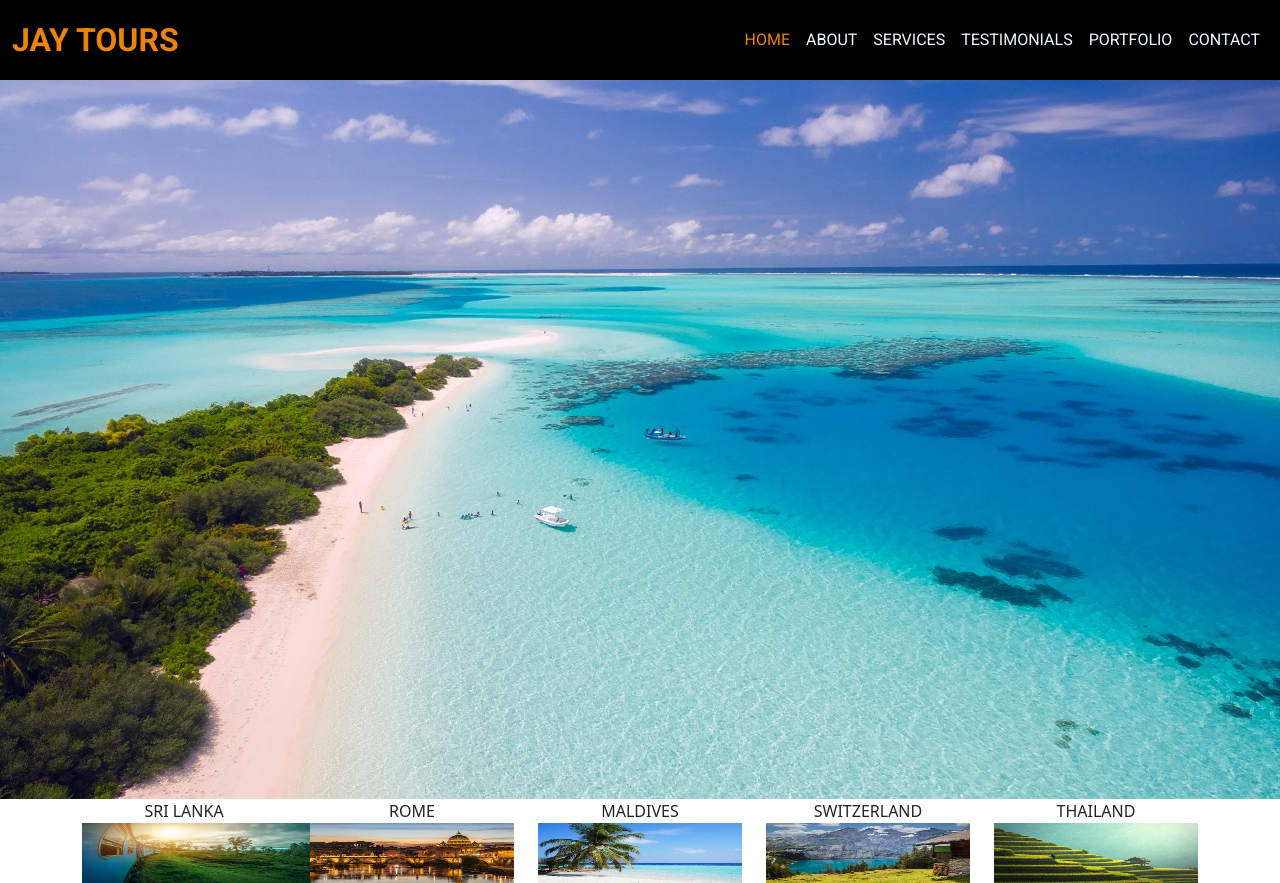
Repository: kasundiudn/Jay-Travel
Page: index.html
An editor plug-in stored every save of this project. The page is shown before and after the next save, followed by the edit.
The browser window is 1280 px wide. The pictures show the whole page.

Above is the page before, as saved 2025-06-26 10:22:41.

After the next save:
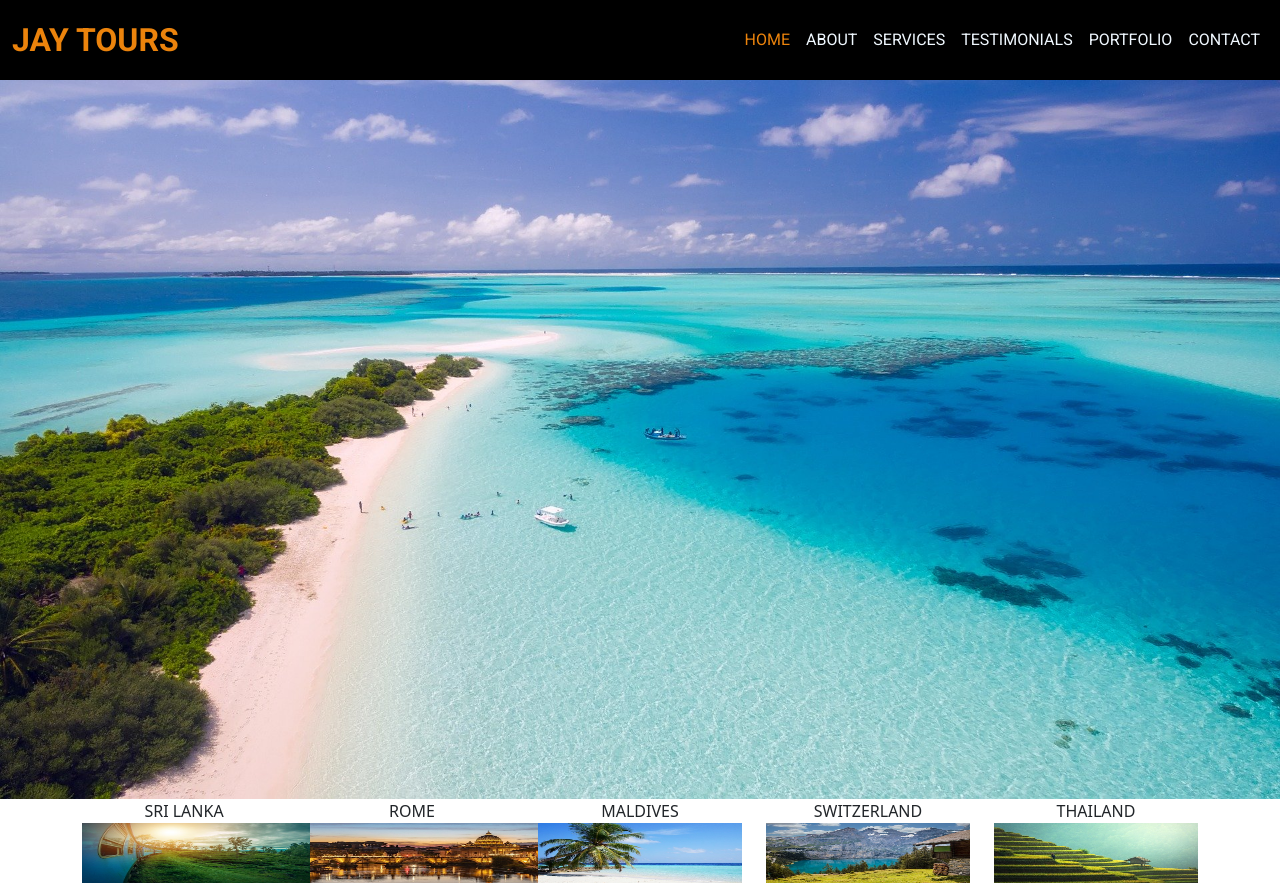
Saved 5 s later.
--- a/index.html
+++ b/index.html
@@ -59,7 +59,7 @@
     </div>
     <div class="col">
       ROME
-      <img src="Rome.jpg" alt="ROME" style="width: 100%; height: 60px;">
+      <img src="Rome.jpg" alt="ROME" style="width: 120%; height: 60px;">
     </diV>
     <div class="col">
       MALDIVES
